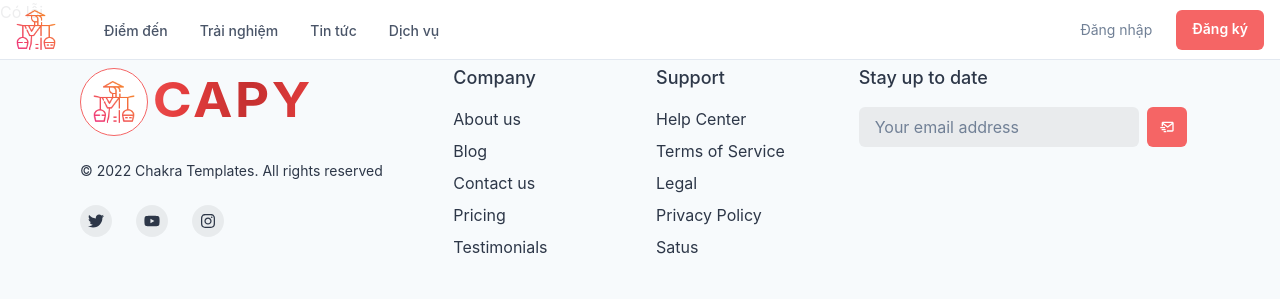
Repository: luannguyenhoang/trevel-capy
Page: /mienTrungPage
These files come from the project's save history. The page is drawn as it stood at one moment and after a run of saves; the edit follows.
The browser window is 1280 px wide. The pictures show the whole page.
The page's requests for data from a server got no answer. The project was rebuilt for these pictures with package versions that can differ from the ones it lists, and the page was loaded fresh each time. The framework's server and built-in components were replaced by stand-ins that run in the browser. No one was signed in, and anything a server would have sent is missing. Also part of the build but not shown: next.config.ts, src/app/components/molecules/Cart.tsx, src/utils/replaceSeoRM.ts, src/components/molecules/Metadata.tsx, src/components/molecules/ScrollAnimation.tsx, src/components/molecules/Title.tsx, src/app/components/molecules/ScrollAnimation.tsx, src/app/mienBac/DestinationGroup.tsx and 2 more.

Above is the page before, as saved 2025-03-28 08:24:12.

After the next 2 saves:
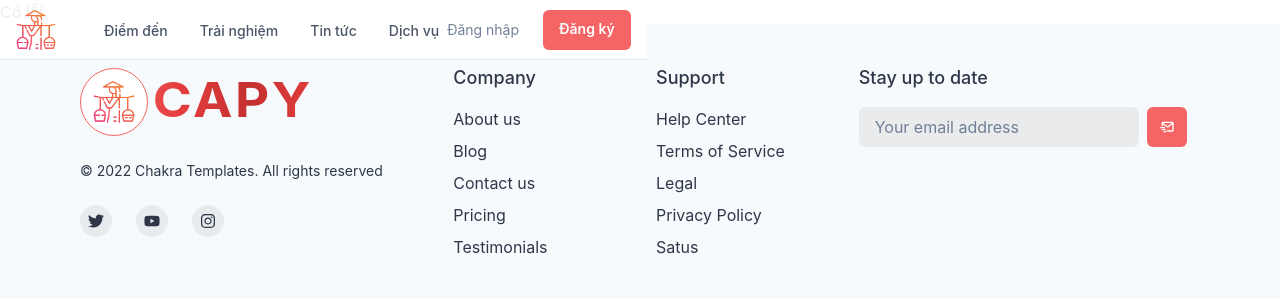
The 2 saves are shown as one change because they came seconds apart.
The last was saved 96 s later.
--- a/src/app/components/organisms/Header.tsx
+++ b/src/app/components/organisms/Header.tsx
@@ -53,7 +53,7 @@ export default function Header() {
   };
 
   return (
-    <Box position="fixed" top={0} width="100%" zIndex={10}>
+    <Box position="fixed">
       <Flex
         bg={useColorModeValue("whiteAlpha.900", "gray.800")}
         minH={"60px"}
